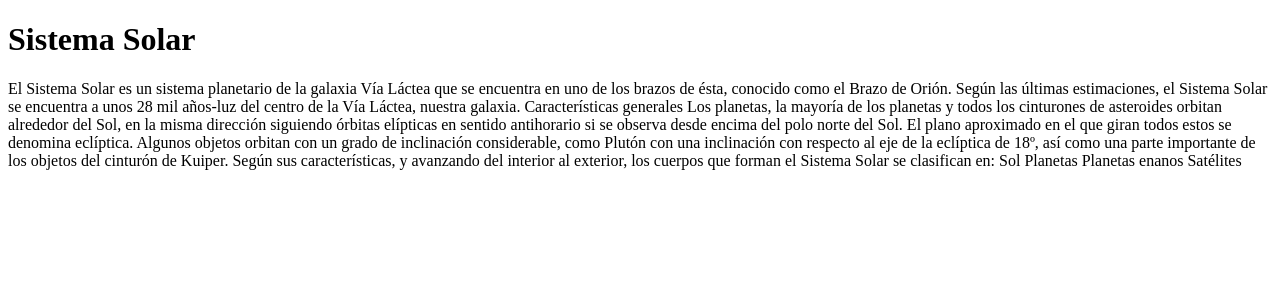
Repository: gustavomanfre/Curso_Front_End_Digitalers
Page: Unidad1/M1 - Laboratorio_02/index.html
The author's editor kept a copy of each file at every save. The page is drawn from the files as they stood at one save, then again after the next save.
The browser window is 1280 px wide. The pictures show the whole page.

Above is the page before, as saved 2022-05-25 20:55:35.

After the next save:
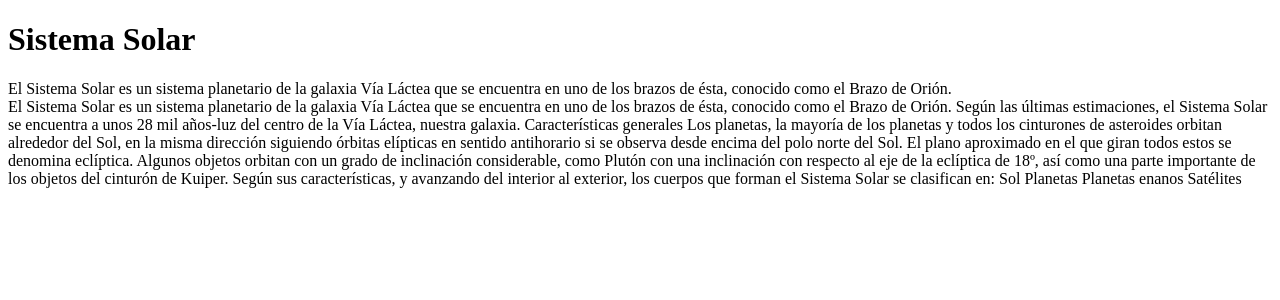
Saved 15 s later.
--- a/Unidad1/M1 - Laboratorio_02/index.html
+++ b/Unidad1/M1 - Laboratorio_02/index.html
@@ -9,6 +9,8 @@
 <body>
     <header>
         <h1>Sistema Solar</h1>
+        El Sistema Solar es un sistema planetario de la galaxia Vía Láctea que se encuentra en uno de los brazos de ésta, conocido como
+el Brazo de Orión.
 
     </header>
 
